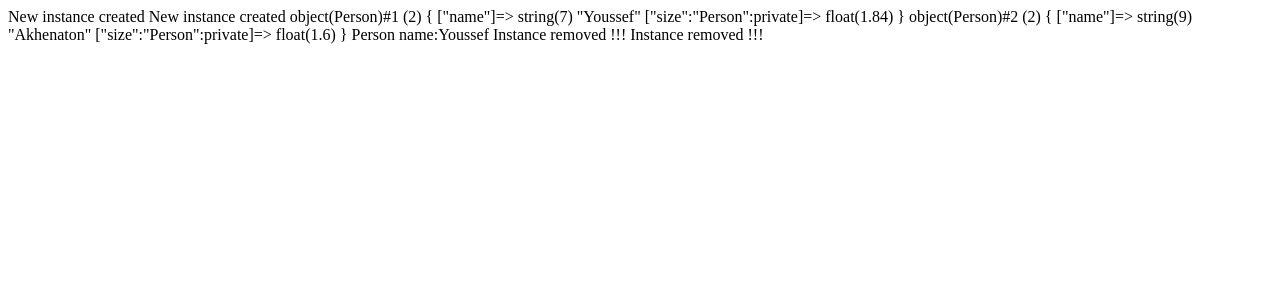
Repository: FS-23/php-getstarted
Page: http://localhost/oop/index.php
These files come from the project's save history. The page is drawn as it stood at one moment and after the next save; the edit follows.
The browser window is 1280 px wide. The pictures show the whole page.
The page is run by PHP 8.4 with error messages shown; the project is at /var/www/html/.

Above is the page before, as saved 2022-05-30 16:06:07.

### demoAPP/oop/index.php
<?php
  class Person {
      public $name;
      private $size;
      function __construct($name , $size){
          $this -> name = $name;
          $this -> size = $size;
          echo "New instance created\n";
      }
      function setSize($sizeValue){
          $this -> size = $sizeValue;
      }
      function __destruct(){
          echo "\nInstance removed !!!";
      }
  }

  class Student{
     public $name;
     public $size;
     public $level;
     public $ecole;


     function learn(){
         echo $this.name . " started learning";
     }
  }

  $person1 = new Person("Youssef", 1.84);
  $person2 = new Person("Akhenaton", 1.6);

//   $person1 -> name = "Youssef";
//   $person1 -> size = "Youssef";
//   $person1 -> level = "Youssef";
//   $person1 -> name = "Youssef";
//   $person1 -> name = "Youssef";
//   $person1 -> setSize(1.84);
//   $person1 -> favorigteFood = "Poulet rotie";

  var_dump($person1);
  var_dump($person2);

  echo "Person name:".$person1->name;

After the next save:
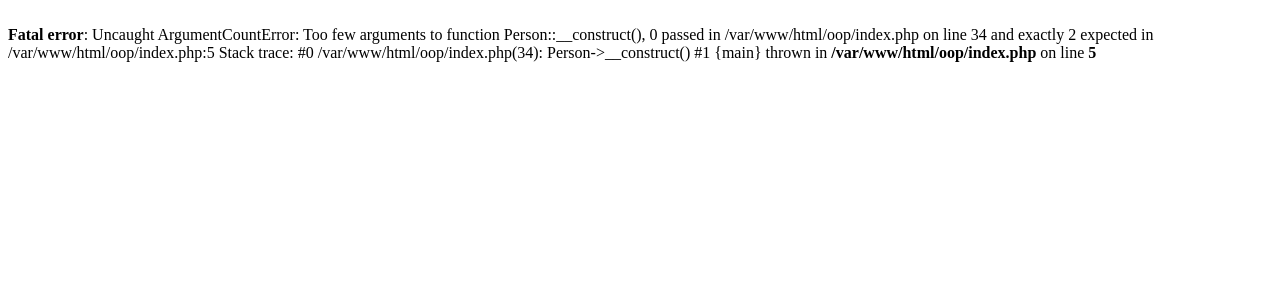
Saved 72 s later.
--- a/demoAPP/oop/index.php
+++ b/demoAPP/oop/index.php
@@ -21,14 +21,20 @@
      public $level;
      public $ecole;
 
+     function __construct($name , $size , $level ,$ecole){
+
+     }
+
 
      function learn(){
          echo $this.name . " started learning";
      }
   }
 
-  $person1 = new Person("Youssef", 1.84);
-  $person2 = new Person("Akhenaton", 1.6);
+  $person1 = new Person();
+
+  $student1 =
+
 
 //   $person1 -> name = "Youssef";
 //   $person1 -> size = "Youssef";
@@ -39,6 +45,6 @@
 //   $person1 -> favorigteFood = "Poulet rotie";
 
   var_dump($person1);
-  var_dump($person2);
+
 
   echo "Person name:".$person1->name;

After the save that followed:
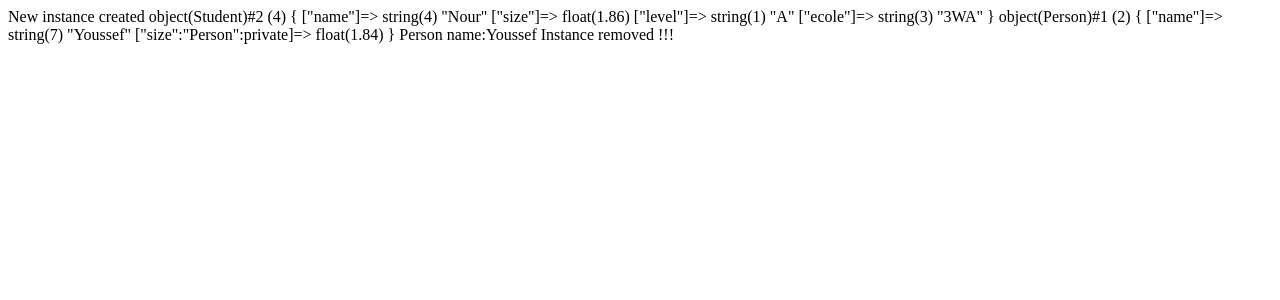
Saved 3 min 59 s later.
--- a/demoAPP/oop/index.php
+++ b/demoAPP/oop/index.php
@@ -22,7 +22,10 @@
      public $ecole;
 
      function __construct($name , $size , $level ,$ecole){
-
+         $this -> name = $name;
+         $this -> size = $size;
+         $this -> level = $level;
+         $this -> ecole = $ecole;
      }
 
 
@@ -31,9 +34,11 @@
      }
   }
 
-  $person1 = new Person();
+  $person1 = new Person("Youssef", 1.84);
 
-  $student1 =
+  $student1 = new Student("Nour", 1.86 , "A" , "3WA");
+
+  var_dump($student1);
 
 
 //   $person1 -> name = "Youssef";
